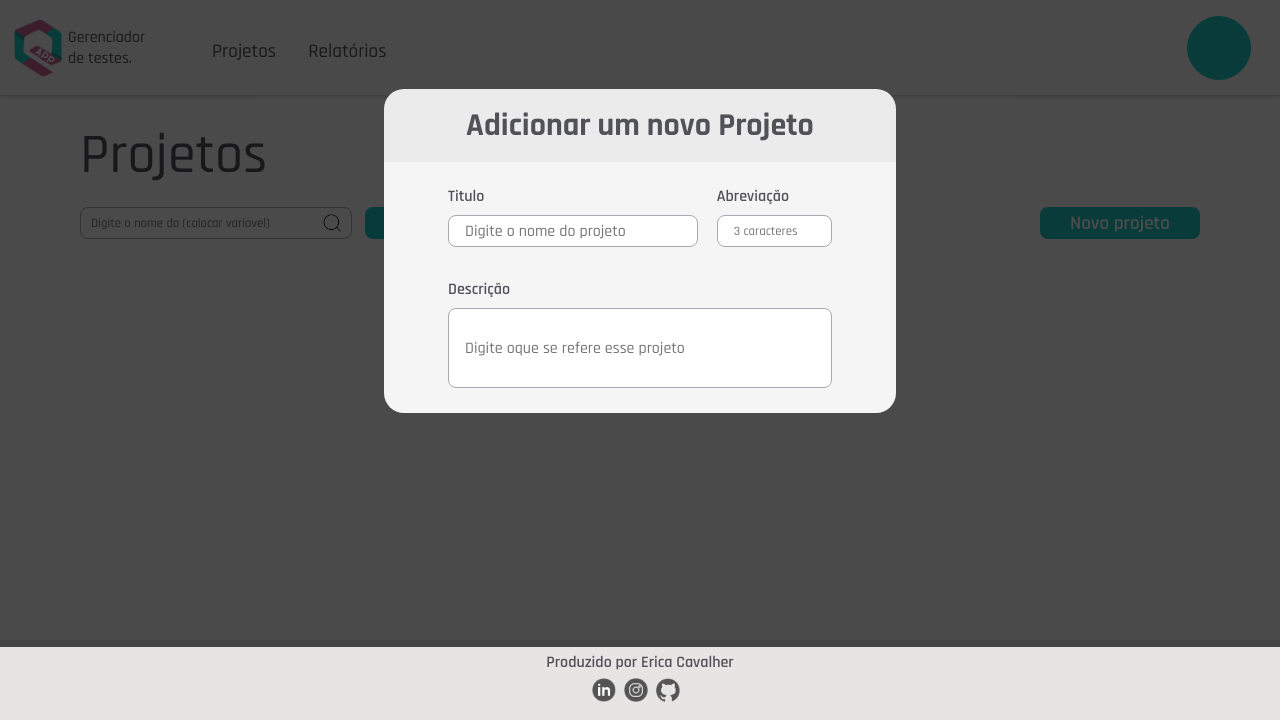
Repository: kika-cavalher/qapp-web
Page: /, after clicking the first element matching `div.btn-open-modal > button`
These files come from the project's save history. The page is drawn as it stood at one moment and after the next save; the edit follows.
The browser window is 1280 px wide. The pictures show the whole page.
The page's requests for data from a server got no answer. The project was rebuilt for these pictures with package versions that can differ from the ones it lists, and the page was loaded fresh each time. No one was signed in, and anything a server would have sent is missing. Also part of the build but not shown: src/hooks/useAuth.ts, src/styles/pages/signIn.scss, src/components/Pages/auth/SignIn.tsx, src/styles/pages/signUp.scss, src/components/Pages/auth/SignUp.tsx. Imported but missing from the stored project, and not drawn on this page: src/components/PageDefault/head/logo/logo.

Above is the page before, as saved 2022-03-24 18:39:09.

### public/index.html
<!DOCTYPE html>
<html lang="pt-br">
  <head>
    <meta charset="utf-8" />
    <meta name="viewport" content="width=device-width, initial-scale=1" />

    <link rel="preconnect" href="https://fonts.googleapis.com">
    <link rel="preconnect" href="https://fonts.gstatic.com" crossorigin>
    <link href="https://fonts.googleapis.com/css2?family=Rajdhani:wght@300;400;500;600;700&display=swap" rel="stylesheet">

    <title>QApp</title>
  </head>
  <body>
    <noscript>You need to enable JavaScript to run this app.</noscript>
    <div id="root"></div>
  </body>
</html>

### src/index.tsx
import React from 'react';
import ReactDOM from 'react-dom';
import App from './App';

import './styles/styles.scss';
import './services/firebase'


ReactDOM.render(
  <React.StrictMode>
    <App />
  </React.StrictMode>,
  document.getElementById('root')
);

### src/App.tsx
import { AuthContextProvider } from './contexts/AuthContext'
import { BrowserRouter, Routes, Route } from "react-router-dom";

import { ProjectPage  } from "./components/Pages/project";
import { LoginPage } from "./components/Pages/auth/signIn";
import { RegisterPage } from "./components/Pages/auth/signUp";


function App() {
  return (
    <BrowserRouter>
      <AuthContextProvider>
        <Routes>
          <Route path="/" element={<ProjectPage  />} />
          <Route path="auth/sign-in" element={<LoginPage />} />
          <Route path="auth/sign-up" element={<RegisterPage  />} />
        </Routes>
      </AuthContextProvider>
    </BrowserRouter>
  );
}

export default App;

### src/styles/styles.scss
@import 'variables.scss';

* {
    box-sizing: border-box;
    margin: 0;
    padding: 0;
  }

  body {
    background: $white-offwhite;
    color: $dark-grey;
  }

  body, input, button, textarea {
    font: 400 16px 'Rajdhani', sans-serif;
  }

### src/services/firebase.ts
import firebase from 'firebase/compat/app';
import 'firebase/compat/auth';
import { getFirestore } from "firebase/firestore";


const firebaseConfig = {
  apiKey: process.env.REACT_APP_API_KEY,
  authDomain: process.env.REACT_APP_AUTH_DOMAIN,
  databaseURL: process.env.REACT_APP_DATABASE_URL,
  projectId: process.env.REACT_APP_PROJECT_ID,
  storageBucket: process.env.REACT_APP_STORAGE_BUCKET,
  messagingSenderId: process.env.REACT_APP_MESSAGING_SENDER_ID,
  appId: process.env.REACT_APP_APP_ID
};

firebase.initializeApp(firebaseConfig);

const auth = firebase.auth();
const database = getFirestore();

export { firebase, auth, database }

### src/contexts/AuthContext.tsx
import { createContext, ReactNode, useEffect, useState } from "react";
import { createUserWithEmailAndPassword, signInWithEmailAndPassword, getAuth } from "firebase/auth"
import firebase from "firebase/compat";


type User = {
  email: string;
  password: string;
}

type AuthContextProviderProps = {
  children?: ReactNode | undefined;
}

type AuthContextType = {
  user: User | undefined;
  signIn: (props: User) => Promise<void>;
  signUp: (props: User) => Promise<void>;
  // signInWithGoogle: () => Promise<void>;
}


export const AuthContext = createContext({} as AuthContextType);

export const AuthContextProvider = (props: AuthContextProviderProps) => {
  const [user, setUser] = useState<User>();
  const auth = getAuth();


  const signIn = async (props: User) => {
    signInWithEmailAndPassword(auth, props.email, props.password)
    .then((userCredential) => {
      if (!userCredential) {
        throw new Error('Missing information from Google Account.');
      }
      setUser({
        email: props.email,
        password: props.password
      })
    })
    .catch((error) => {
      console.log(error.code & error.message);
    })
  }


  const signUp = async (props: User) => {
    createUserWithEmailAndPassword(auth, props.email, props.password)
    .then((userCredential) => {
      console.log(userCredential.user);
    })
    .catch((error) => {
      console.log(error.code & error.message);
    })
  };

  // async function signInWithGoogle() {
  //   const provider = new firebase.auth.GoogleAuthProvider();
  //   const result = await auth.signInWithPopup(provider);
  //   .then((userCredential) => {
  //     if (!userCredential) {
  //       throw new Error('Missing information from Google Account.');
  //     }
  //     setUser({
  //       email: email,
  //       password: password
  //     })
  //   })
  //   .catch((error) => {
  //     console.log(error.code & error.message);
  //   })
  // }

  useEffect(() => {
    const unsubscribe = auth.onAuthStateChanged(user => {
      if (user) {
        const { email } = user

        if (!email) {
          throw new Error('Missing information from your Account.');
        }
        setUser({
          email: email,
          //erro , onde pega a senha?
          password: user.refreshToken
        })
      }
    })

    return () => {
      unsubscribe();
    }
  }, [])

  //useImperativeHandle?

  return (
    <AuthContext.Provider  value={{user, signIn, signUp}}>
      {props.children}
    </AuthContext.Provider>
  )

}

### src/components/Pages/project/index.tsx
import { useCallback, useRef } from "react";

import { TopMenu } from "../../PageDefault/head/menu";
import { Search } from "../../Global/search";
import { Footer } from "../../PageDefault/footer";
import Modals, { ModalHandles } from "../../Global/modal";
import { Button } from "../../Global/button";

import iconAdd from '../../../assets/icon/add.png';
import './style.scss'

export function ProjectPage () {
    const arrumarVariavel = "Projetos";
    const modalRef = useRef<ModalHandles>(null)

    const handleOpenModal = useCallback(() => {
        modalRef.current?.openModal();
    }, [])


    return (
        <div id="page-project">
            <TopMenu />
                <div className='page-project--main__container'>
                    <div className='page-project--container__title'>
                        <h1>{arrumarVariavel}</h1>
                    </div>
                <div className='page-project--container__options'>
                    <Search />
                    <Button
                    onClick={handleOpenModal}
                    className="btn-open-modal">
                        Novo projeto
                    </Button>
                </div>
                <Modals ref={modalRef}/>
                </div>
            <Footer />
        </div>
    )
}

### src/styles/variables.scss
//colors
$white: #fff;
$white-offwhite: #f8f8f8;
$dark-offwhite: #f5f5f5;

$transparente: rgba(255, 255, 255, -0.1);
$grey-with-transparency: rgba(0, 0, 0, 0.041);
$black-with-transparency: rgba(0, 0, 0, 0.7);

$light-grey: #e7e4e4;
$medium-grey: #c6c6c9;
$dark-grey: #515158;
$grey_border: #a8a8b3;

$turquoise: #1ac7c5;
$dark-greenish: #119d9c;

$dark-pink: #c86291;
$light-pink: #f8eaea;

$red_google: #ea4335;

// media queries
$monitor-width: 1300px;
@mixin monitor {
    @media (min-width: #{$monitor-width}) {
        @content;
    }
}

$notebook-width: 1300px;
$notebook-height: 700px;
@mixin notebook {
    @media (max-width: #{$notebook-width}) and (min-height: #{$notebook-height}){
        @content;
    }
}

$tablet-width: 850px;
@mixin tablet {
    @media (max-width: #{$tablet-width}){
        @content;
    }
}

$phone-width: 500px;
@mixin phone {
    @media (max-width: #{$phone-width}){
        @content;
    }
}

$screen-slim: 700px;
@mixin slim {
    @media (max-height: #{$screen-slim}) {
        @content;
    }
}

### src/components/PageDefault/head/menu/index.tsx
import { Link } from 'react-router-dom'

import './style.scss'
import Logo from '../logo';

export function TopMenu () {



    return (
        <div id="component--top-menu">
             <div className='component--top-menu__logo'>
                <Logo />
                <p>Gerenciador de testes.</p>
            </div>
            <div className='component--top-menu__pages'>
                <ul className='top-menu__list'>
                    <li className='top-menu__itens'>
                        <Link to='/' className='top-menu__pages--project'>Projetos
                        </Link>
                    </li>
                </ul>
                <ul className='top-menu__list'>
                    <li className='top-menu__itens'>
                        <Link to='/' className='top-menu__pages--reports'>Relatórios
                        </Link>
                    </li>
                </ul>
            </div>
            <div className='component--top-menu__user'>
                <div className='component--user__round'>
{/*                     <h1>{initials}</h1> */}
                </div>
            </div>
        </div>
    )
}

### src/components/Global/search/index.tsx
import { Button } from '../button';

import iconSearch from '../../../assets/icon/search.png';
import iconFilter from '../../../assets/icon/filter.png';
import './style.scss'


export function Search () {
    return (
        <div id="component--search">
            <div className='component--search__input'>
                <input type="text" placeholder="Digite o nome do (colocar variavel)"/>
                <div className='search__input--icon'>
                    <img id="icon-search" src={iconSearch} alt="icone de identificação visual do campo de busca" />
                </div>
            </div>
            <Button
            type="submit"
            className="btn__search">
                Buscar
            </Button>
            <div className='component--filters'>
                <img id="icon-filter" src={iconFilter} alt="icone de identificação visual das opções de filtragem" />
            </div>
        </div>
    )
}

### src/components/PageDefault/footer/index.tsx

import iconLinkedin from '../../../assets/icon/linkedin.png';
import iconInstagram from '../../../assets/icon/instagram.png';
import iconGithub from '../../../assets/icon/github.png';
import './style.scss';

export function Footer () {
    return (
        <div id="component--footer">
            <p>Produzido por Erica Cavalher</p>
            <div className='footer--list__social-media'>
                <a target="_blank" href="https://www.linkedin.com/in/erica-cavalher/">
                    <img id="icon-add--linkedin" src={iconLinkedin} alt="icone de orientação para adicionar novo projeto" />
                </a>
                <a target="_blank" href="https://www.instagram.com/kikacavalher/">
                    <img id="icon-add--instagram" src={iconInstagram} alt="icone de orientação para adicionar novo projeto" />
                </a>
                <a target="_blank" href="https://github.com/kika-cavalher">
                    <img id="icon-add--github" src={iconGithub} alt="icone de orientação para adicionar novo projeto" />
                </a>
            </div>
        </div>
    )
}

### src/components/Global/modal/index.tsx
import { forwardRef, useCallback, useImperativeHandle, useRef, useState } from "react"
import { Button } from "../button";

import './style.scss'

export interface ModalHandles {
    openModal: () => void;
}

const Modals: React.RefForwardingComponent<ModalHandles> = (props, ref) => {
    const titleRef = useRef<HTMLInputElement>(null);
    const abbreviationRef = useRef<HTMLInputElement>(null);
    const describeRef = useRef<HTMLInputElement>(null);
    const [visible, setVisible] = useState(false);

    const openModal = useCallback(() => {
        setVisible(true);
    }, []);

    useImperativeHandle(ref, () => {
        return {
            openModal
        };
    });

    const handleCloseModal = useCallback(() => {
        setVisible(false);
    }, []);

    if(!visible) {
        return null;
    }
    return (
        <div className="modal-out">
            <div className="modal">
            <div className="modal-header">
                <h1>Adicionar um novo Projeto</h1>
            </div>
            <div className="modal-content">
                <form className="modal-content--form">
                    <div className="modal-content--titleAndAbreviation">
                        <div className="modal-content--title">
                            <p className="modal---title">Titulo</p>
                            <input className="modal--title__input"
                            ref={titleRef}
                            type="text"
                            placeholder="Digite o nome do projeto">
                            </input>
                        </div>
                        <div className="modal-content--abbreviation">
                            <p className="modal--abbreviation">Abreviação</p>
                            <input className="modal--abbreviation__input"
                            ref={abbreviationRef}
                            type="text"
                            placeholder="3 caracteres">
                            </input>
                        </div>
                    </div>
                    <div className="modal-content--describe">
                        <p className="modal-content--describe__title">Descrição</p>
                        <input className="modal-content--describe_input"
                        ref={describeRef}
                        type="text-area"
                        placeholder="Digite oque se refere esse projeto">
                        </input>
                    </div>
                    <div className="btn">
                        <Button
                        onClick={handleCloseModal}
                        className="btn__send"
                        >Salvar</Button>
                    </div>
                </form>
                </div>
            </div>
        </div>

    )
}

export default forwardRef(Modals);

### src/components/Global/button/index.tsx

import './style.scss'

//usestate
//onchange
//value
//name


type Button = {
    className?: string
    children?: React.ReactNode
    type?: "button" | "submit" | "reset" | undefined,
    onClick?: () => void,
}

export function Button ({ className, children, onClick, type }: Button) {
    return (
        <div className={className} >
            <button
            onClick={onClick}
            type={type}
            >
                {children}
            </button>
        </div>
    )
}

### src/components/Pages/project/style.scss
@import '../../../styles/variables.scss';

#page-project {
    display: flex;
    flex-direction: column;
    justify-content: space-between;
    height: 100%;
    z-index: 1;
}

.page-project--main__container {
    margin: 1.5rem 5rem;
}

.page-project--container__title {

    h1 {
        color: $dark-grey;
        font-size: 3.5rem;
        font-weight: 500;
    }
}

.page-project--container__options {
        display: flex;
        flex-direction: row;
        justify-content: space-between;
}

.page-project--cards {
    /* Colocar grid 3 card maximo por linha.  */

    .page-project--cards__new {
        background-color: $dark-greenish;
        width: 13rem;
        height: 18rem;
        border: 1px solid $dark-greenish;
        border-radius: 15px;
        color: $dark-grey;
        margin: 1rem 0 3rem 0;

        .page-project--cards__new--icon {
            display: flex;
            align-items: center;
            justify-content: center;
            height: 18rem;

            .page-project--cards__new--img{
                height: 10rem;
                width: 10rem;
            }
        }
    }

}

### src/components/PageDefault/head/menu/style.scss
@import '../../../../styles//variables.scss';

#component--top-menu {
    background: $dark-offwhite;
    border-bottom: 0.5px solid #DAD2D2;
    box-shadow: 0px 2px 2px rgba(0, 0, 0, 0.10);
    display: flex;
    flex-direction: row;
    height: 6rem;
    justify-content: space-between;
}

.component--top-menu__logo {
    align-items: center;
    display: flex;
    flex-direction: row;
    margin-left: 0.5rem;

    #img-logo {
        cursor: pointer;
        height: 60px;
        width: 60px;

        @include phone {
            width: 50px;
        }
    }

    p {
        font-size: 1rem;
        font-weight: 500;
        margin-right: 2rem;
        width: 5rem;
    }
}

.component--top-menu__pages {
    align-items: flex-end;
    display: flex;
    font-size: 1.2rem;
    width: 100%;
    height: 4rem;

    .top-menu__itens {
        list-style: none;
        margin-left: 2rem;

        a {
            color: $dark-grey;
            cursor: pointer;
            font-weight: 500;
            text-decoration: none;
        }

        &:hover {
            margin-bottom: 2px;
            border-bottom: 2px solid $turquoise
        }
    }
}

.component--top-menu__user {
    align-items: center;
    display: flex;
    justify-content: center;
    width: 10rem;

    .component--user__round {
        align-items: center;
        background: $turquoise;
		border: 1px solid $turquoise;
        border-radius: 50%;
        display: flex;
		height: 4rem;
        justify-content: center;
        text-transform: uppercase;
        width: 4rem;

        h1 {
            color: $white
        }
    }
}

### src/components/PageDefault/head/logo/index.tsx
import { useNavigate } from 'react-router-dom';
import logoQapp from '../../../../assets/images/logoQapp.png';

export default function Logo() {

    const history = useNavigate();
    function navigateToHome(e: { preventDefault: () => void; }) {
        e.preventDefault();
        history('/');
    }


    return (
        <img onClick={navigateToHome} id="img-logo" src={logoQapp} alt="Logo da empresa QApp" />
    );
  }

### src/components/Global/search/style.scss
@import '../../../styles/variables.scss';

#component--search {
    display: flex;
    align-items: center;
}

.component--search__input {
    display: flex;
    align-items: center;
    margin-right: 0.8rem;

    input {
        background: $transparente;
        border: 1px solid $grey_border;
        border-radius: 8px;
        color: $dark-grey;
        font-size: 0.8rem;
        font-weight: 500;
        height: 2rem;
        margin: 0.5rem 0;
        outline: none;
        padding: 0 10px;
        width: 17rem;
        z-index:2;
    }

    .search__input--icon {
        align-items: flex-end;
        display: flex;
        flex-direction: column;
        position: absolute;
        width: 16.3rem;
        z-index:1;

        img {
            height: 1.1rem;
            width: 1.1rem;
        }
    }
}

.component--filters {
    margin-left: 0.8rem;

    img {
        height: 2rem;
        width: 2rem;
    }
}

### src/components/PageDefault/footer/style.scss
@import '../../../styles/variables.scss';

#component--footer {
    align-items: center;
    background-color: $light-grey;
    bottom: 0;
    display: flex;
    flex-direction: column;
    height: 5rem;
    justify-content: center;
    position: fixed;
    text-align: center;
    width: 100vw;

    p{
        font-size: 1rem;
        font-weight: 600;
    }

    img {
        margin: 0.3rem 0.5rem 0 0;
        height: 1.5rem;
        width: 1.5rem;
    }

}

.footer--list__social-media {
    display: flex;
    flex-direction: row;
}

### src/components/Global/button/style.scss
@import '../../../styles/variables.scss';

.btn__send {
    display: flex;
    flex-direction: column;
    align-items: center;

    button {
        align-items: center;
        background: $turquoise;
        border: 0;
        border-radius: 8px;
        color: $white;
        cursor: pointer;
        display: flex;
        flex-direction: row;
        font-weight: 600;
        height: 35px;
        justify-content: center;
        margin: 1rem 0;
        width: 10rem;

        @include monitor {
            font-size: 1.2rem;
        }

        @include notebook {
            font-size: 1.2rem;
        }

        @include tablet {
            font-size: 2rem;
            height: 45px;
            width: 15rem;
        }

        @include phone {
            font-size: 1.5rem;
            width: 10rem;
        }

        @include slim {
            font-size: 1.1rem;
            margin: 0.5rem 0;
            width: 8rem;
        }
    }
}

.btn__google {
    display: flex;
    flex-direction: column;
    align-items: center;

    button {
    align-items: center;
    background: $red_google;
    border: 0;
    border-radius: 8px;
    color: $white-offwhite;
    cursor: pointer;
    display: flex;
    flex-direction: row;
    transition: filter 0.2s;
    width: 100%;

        @include monitor {
            font-size: 1rem;
            height: 35px;
        }

        @include notebook {
            font-size: 0.9rem;
            height: 35px;
        }

        @include tablet {
            font-size: 1.2rem;
            height: 45px;
        }

        @include phone {
            font-size: 1rem;
            height: 45px;
        }

        @include slim {
            font-size: 0.8rem;
            height: 35px;
        }
    }

    #img-icon__google {
        margin: 0 5%;
        width: 20px;

        @include phone {
            margin: 0 3%;
            width: 15px;
        }

        @include slim {
            width: 15px;
        }
    }

}

.btn__search {
    display: flex;
    flex-direction: column;
    align-items: center;

    button {
        align-items: center;
        background: $turquoise;
        border: 0;
        border-radius: 8px;
        color: $white;
        cursor: pointer;
        display: flex;
        flex-direction: row;
        font-weight: 600;
        height: 2rem;
        justify-content: center;
        margin: 1rem 0;
        width: 10rem;

        @include monitor {
            font-size: 1.2rem;
        }

        @include notebook {
            font-size: 1.2rem;
        }

        @include tablet {
            font-size: 2rem;
            height: 45px;
            width: 10rem;
        }

        @include phone {
            font-size: 1.5rem;
            width: 7rem;
        }

        @include slim {
            font-size: 1.1rem;
            margin: 0.5rem 0;
            width: 5rem;
        }
    }
}

.btn-open-modal {
    display: flex;
    flex-direction: column;
    align-items: center;

    button {
        align-items: center;
        background: $turquoise;
        border: 0;
        border-radius: 8px;
        color: $white;
        cursor: pointer;
        display: flex;
        flex-direction: row;
        font-weight: 600;
        height: 2rem;
        justify-content: center;
        margin: 1rem 0;
        width: 10rem;

        @include monitor {
            font-size: 1.2rem;
        }

        @include notebook {
            font-size: 1.2rem;
        }

        @include tablet {
            font-size: 2rem;
            height: 45px;
            width: 15rem;
        }

        @include phone {
            font-size: 1.5rem;
            width: 10rem;
        }

        @include slim {
            font-size: 1.1rem;
            margin: 0.5rem 0;
            width: 8rem;
        }
    }
}

Loaded but not shown: src/components/Global/modal/style.scss (224 lines, source omitted)

After the next save:
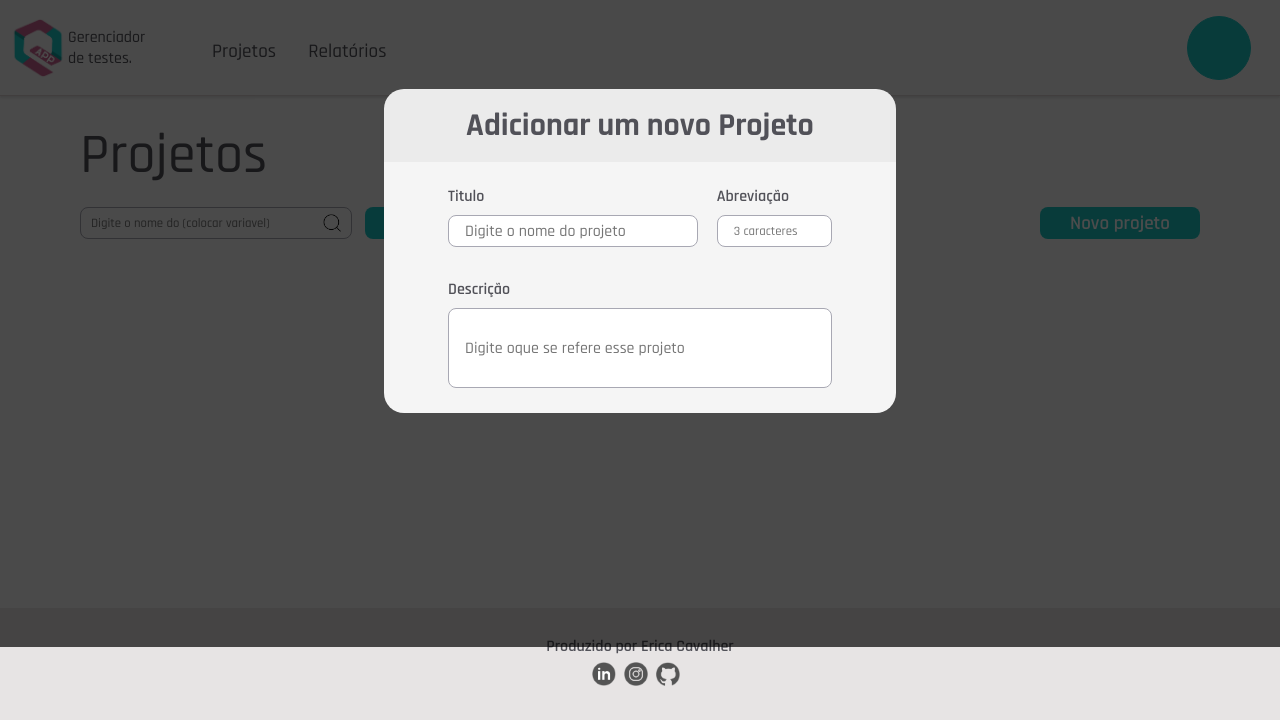
Saved 82 s later.
--- a/src/components/PageDefault/footer/style.scss
+++ b/src/components/PageDefault/footer/style.scss
@@ -6,7 +6,7 @@
     bottom: 0;
     display: flex;
     flex-direction: column;
-    height: 5rem;
+    height: 7rem;
     justify-content: center;
     position: fixed;
     text-align: center;
